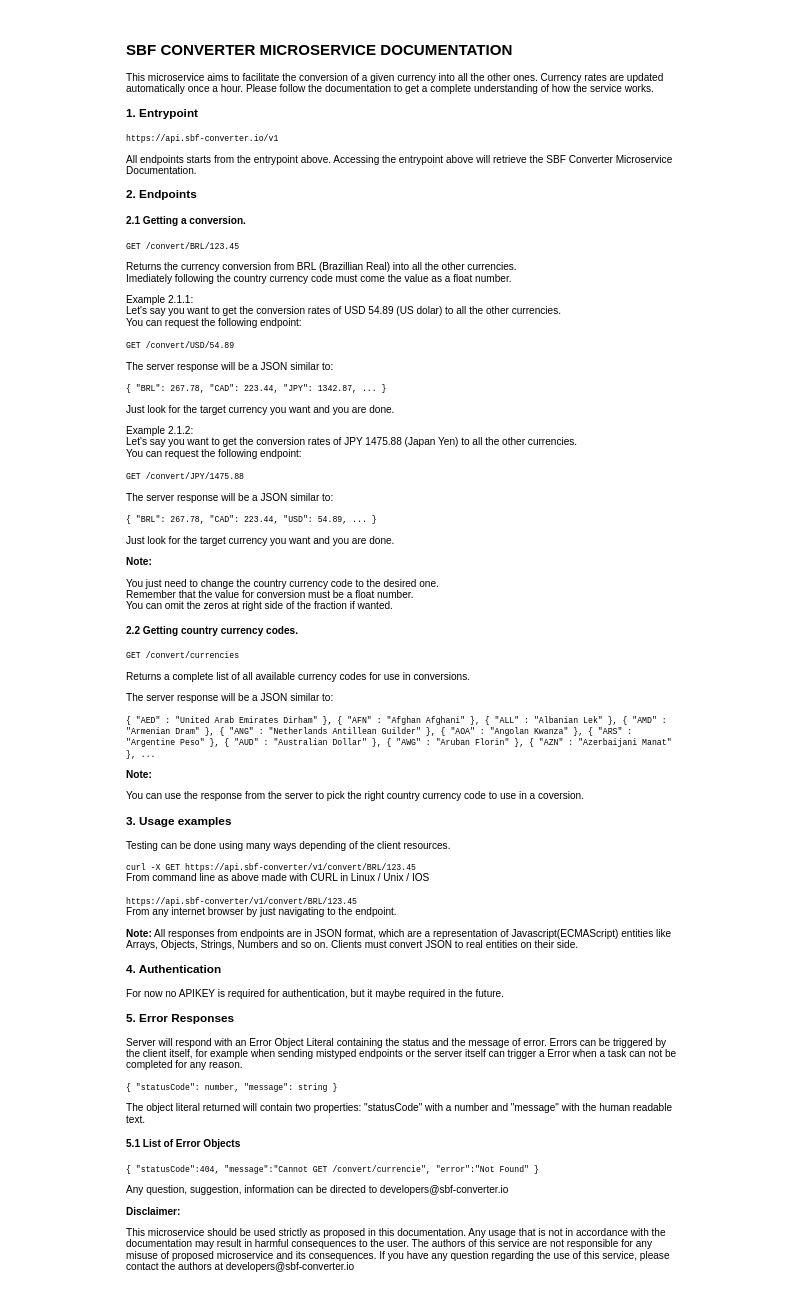
Repository: miguelamello/nestjs-restful-api
Page: documentation.html
These files come from the project's save history. The page is drawn as it stood at one moment and after a run of saves; the edit follows.
The browser window is 1280 px wide. The pictures show the whole page, at 63% of full size.

Above is the page before, as saved 2023-03-23 11:22:18.

After the next 2 saves:
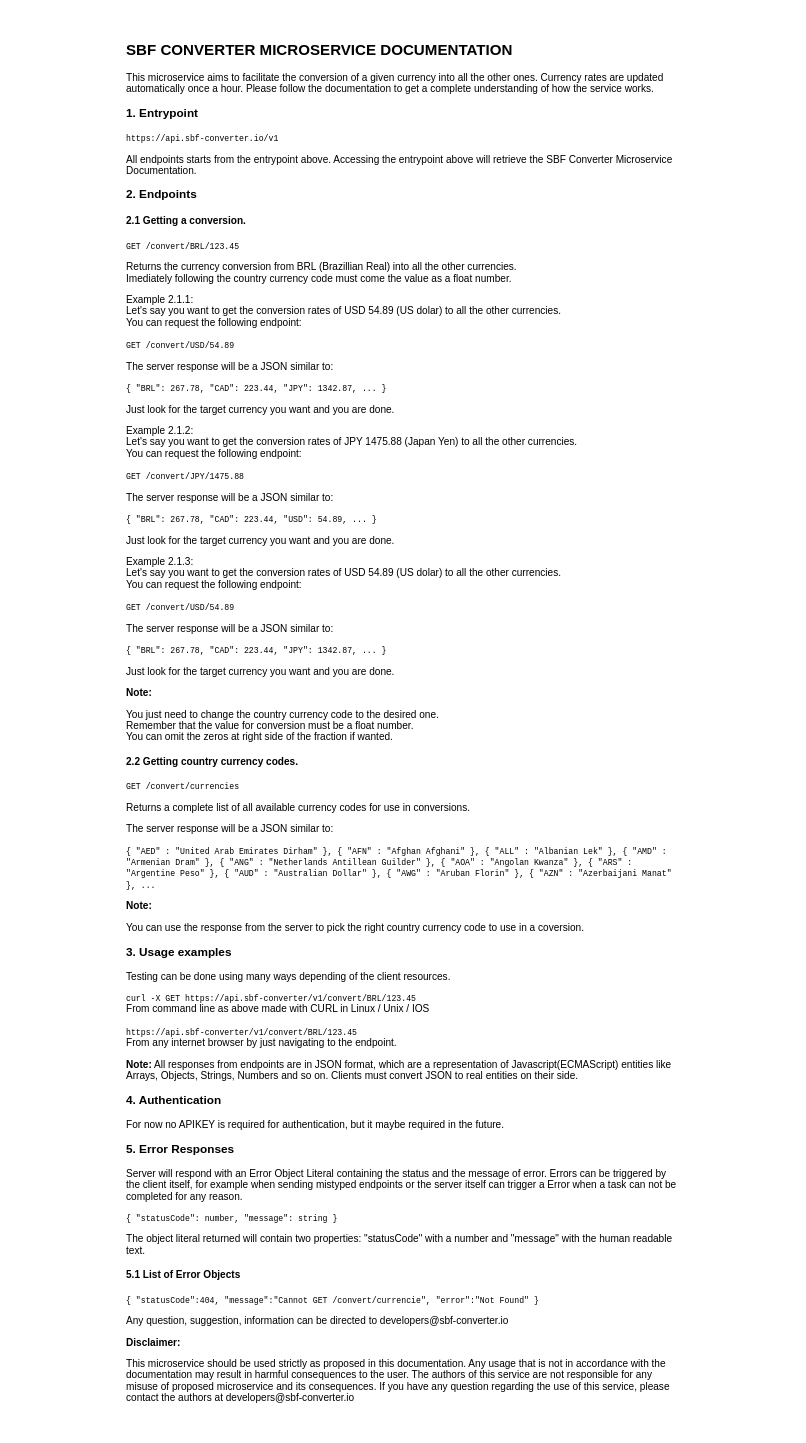
The 2 saves are shown as one change because they came seconds apart.
The last was saved 29 s later.
--- a/documentation.html
+++ b/documentation.html
@@ -57,6 +57,19 @@
     <p>The server response will be a JSON similar to:</p>
 
     <code>{ "BRL": 267.78, "CAD": 223.44, "USD": 54.89, ... }</code>
+
+    <p>Just look for the target currency you want and you are done.</p>
+
+    <p>
+      <div>Example 2.1.3:</div>
+      <div>Let's say you want to get the conversion rates of USD 54.89 (US dolar) to all the other currencies.</div>
+      <div>You can request the following endpoint:</div><br>
+      <code>GET /convert/USD/54.89</code>
+    </p>
+
+    <p>The server response will be a JSON similar to:</p>
+
+    <code>{ "BRL": 267.78, "CAD": 223.44, "JPY": 1342.87, ... }</code>
 
     <p>Just look for the target currency you want and you are done.</p>
 
